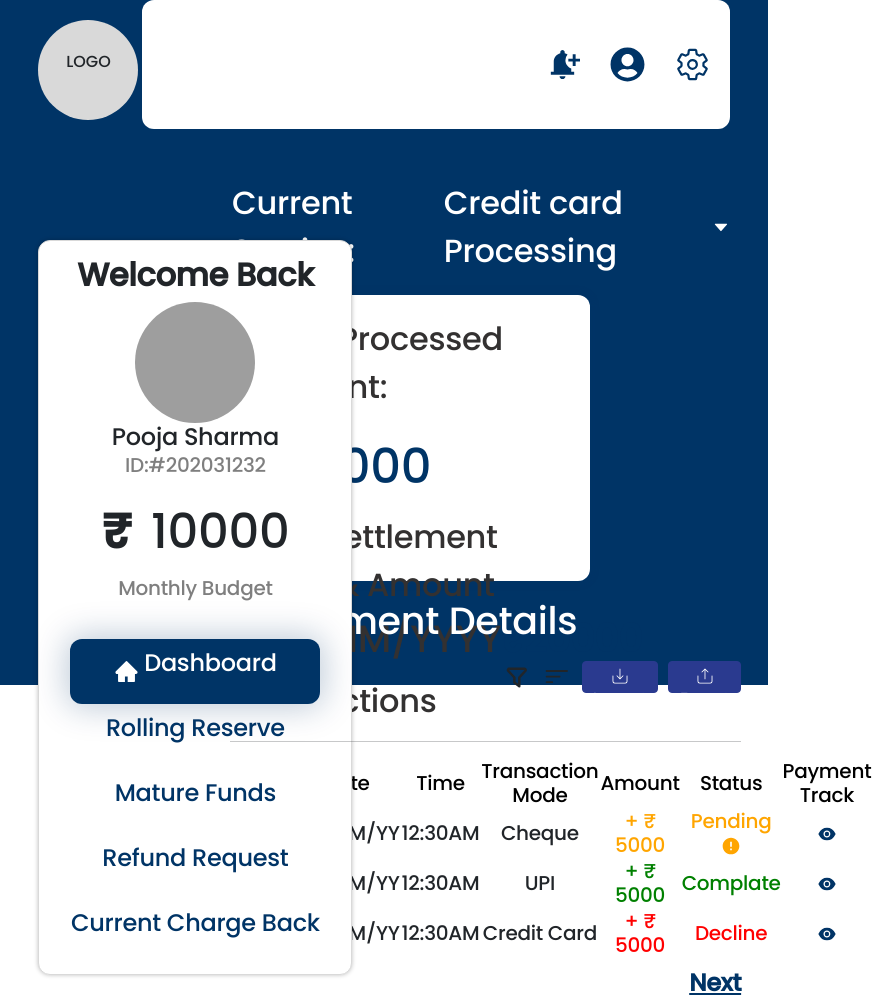
Repository: FlyweisReact/Prashant
Page: /dashboard
These files come from the project's save history. The page is drawn as it stood at one moment and after the next save; the edit follows.
The browser window is 768 px wide. The page is 872 px wide, so the pictures cover 872 px, including what lies to the right of the window. The pictures show the whole page.
Pictures or frames that could not be fetched are drawn as grey boxes. Some web libraries are served in a nearby version. The project was rebuilt for these pictures with package versions that can differ from the ones it lists, and the page was loaded fresh each time. Also part of the build but not shown: src/Pages/CryptoPayment.jsx, src/Pages/CurrentCharge.jsx, src/Styles/Login.module.css, src/Components/Login/LoginFirstSection.jsx, src/Components/Login/LoginMainSection.jsx, src/Pages/Login.jsx, src/Pages/MatureFund.jsx, src/Pages/OpenBanking.jsx and 12 more.

Above is the page before, as saved 2023-03-23 16:42:15.

After the next save:
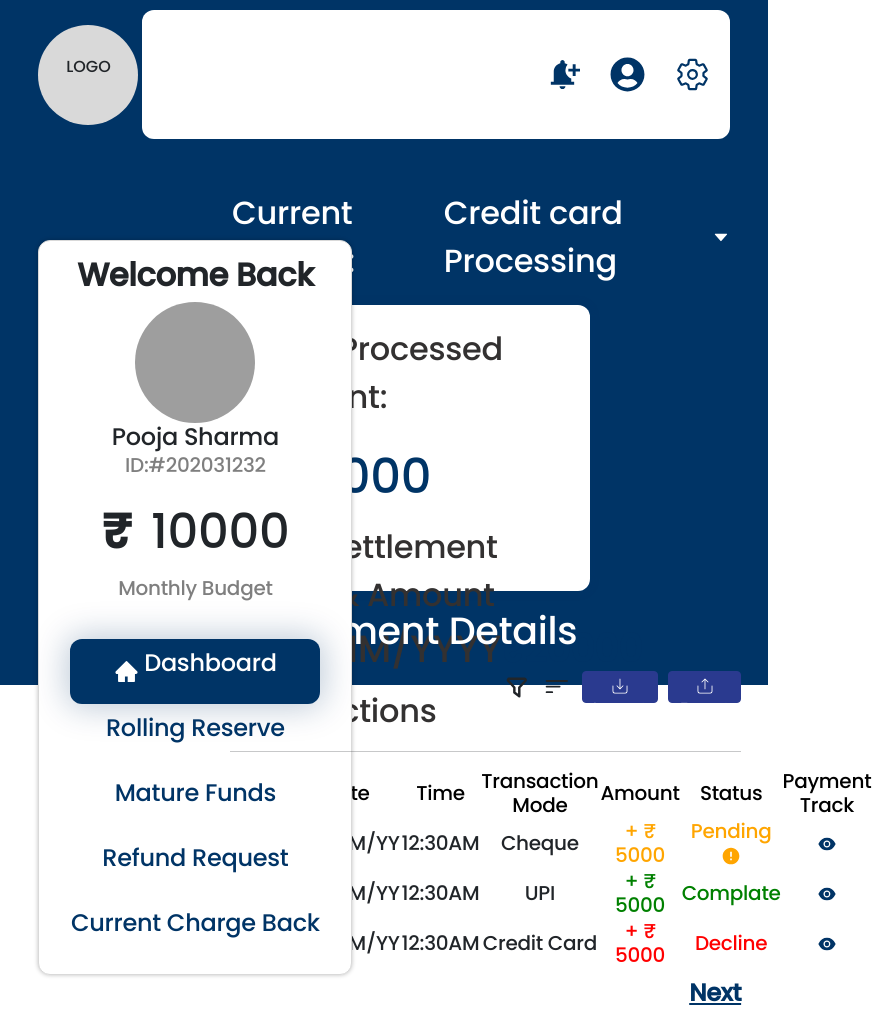
Saved 4 s later.
--- a/src/Styles/Dashboard.module.css
+++ b/src/Styles/Dashboard.module.css
@@ -197,6 +197,6 @@
     margin-top: 10px;
   }
   .InfoPanel{
-    margin-top: 0;
+    margin-top: 10px;
   }
 }
